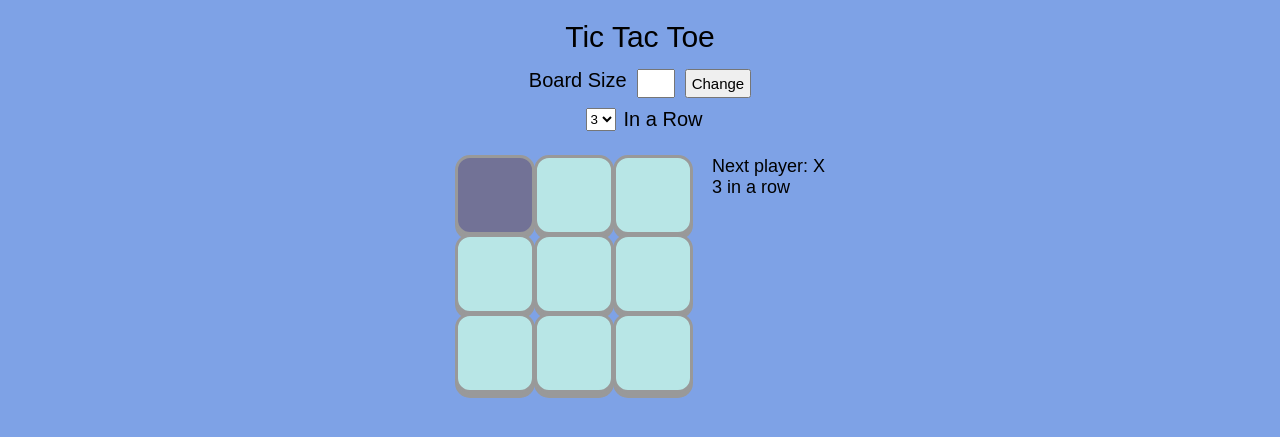
Repository: yshong211/tic-tac-toe-0708
Page: /
The author's editor kept a copy of each file at every save. The page is drawn from the files as they stood at one save, then again after the next save.
The browser window is 1280 px wide. The pictures show the whole page.
The pointer rests on the first visible `.square`.
The project was rebuilt for these pictures with package versions that can differ from the ones it lists, and the page was loaded fresh each time.

Above is the page before, as saved 2020-07-09 10:24:58.

### src/index.jsx
import React from 'react';
import ReactDOM from 'react-dom';
import './index.css';
import GetDim from './components/getDim/getDim';

// ========================================

// renders the game component to element

ReactDOM.render(<GetDim />, document.getElementById('root'));

### src/index.css
body {
  font: 18px 'Century Gothic', Futura, sans-serif; /* size, font */
  margin: 20px; /* space outside of border */
  background-color: rgb(126, 162, 230);
}

form {
  margin-bottom: 20px;
}

ol,
ul {
  padding-left: 30px; /* space b/t left border to content */
}

.board-row:after {
  clear: both;
  content: '';
  display: table;
}

.status {
  margin-bottom: 10px;
}


.square:focus {
  outline: none;
}

.kbd-navigation .square:focus {
  background: #ddd;
}

### src/components/getDim/getDim.jsx
import React from 'react';
import Game from '../game/game';
import './getDim.css';

export default class GetDim extends React.Component {
  constructor(props) {
    super(props);
    this.state = { rows: 3, winning: 3, board: [] };
    this.handleInputChange = this.handleInputChange.bind(this);
    this.handleClick = this.handleClick.bind(this);
  }

  handleInputChange(event) {
    const value = event.target.value;
    const name = event.target.name;
    this.setState({
      [name]: value,
    });
  }

  handleClick(e) {
    e.preventDefault();
    if (window.confirm('It will refresh the game! Continue?')) {
      if (this.refs.rows.value < 3 || this.refs.rows.value > 10) {
        alert('3-10 only');
      } else {
        this.setState({
          rows: this.refs.rows.value,
          board: [],
        });
      }
    }
  }

  how_many(rows) {
    let how = [];
    for (let i = 3; i <= rows; i++) {
      how.push(<option value={i}>{i}</option>);
    }
    return how;
  }

  render() {
    return (
      <div className="submission">
        <div className="game_name">Tic Tac Toe</div>
        <form>
          <label className="size">
            Board Size
            <br />
            <input ref="rows" type="number" />
            <button
              className="submit"
              onClick={(e) => {
                this.handleClick(e);
              }}
            >
              Change
            </button>
          </label>
        </form>

        <label className="win">
          <select
            className="win_select"
            name="winning"
            value={this.state.winning}
            onChange={this.handleInputChange}
          >
            {this.how_many(this.state.rows)}
          </select>
          In a Row
          <br />
        </label>

        <Game
          rows={parseInt(this.state.winning)}
          board_rows={parseInt(this.state.rows)}
          board={this.state.board}
        />
      </div>
    );
  }
}

### src/components/game/game.jsx
import React from 'react';
import Board from '../board/board';
import './game.css';

export default class Game extends React.Component {
  constructor(props) {
    super(props);
    this.state = {
      history: [], // track the last index
      stepNumber: 0, // count var
      xIsNext: true,
    };
  }

  hor(squares, row_length, count, x, o) {
    let index = 0;
    for (let i = 0; i < this.props.board_rows; i++) {
      for (let j = 0; j < this.props.board_rows; j++) {
        if (squares[index] === 'X') {
          x++;
          o = 0;
          count++;
        } else if (squares[index] === 'O') {
          o++;
          x = 0;
          count++;
        } else {
          count = 0;
        }
        index++;
        if (o >= row_length && count >= row_length) {
          return 'O';
        }
        if (x >= row_length && count >= row_length) {
          return 'X';
        }
      }
      x = 0;
      o = 0;
    }
  }

  vert(squares, row_length, count, x, o) {
    for (let i = 0; i < this.props.board_rows; i++) {
      for (
        let j = i;
        j < this.props.board_rows ** 2;
        j += this.props.board_rows
      ) {
        if (squares[j] === 'X') {
          x++;
          o = 0;
          count++;
        } else if (squares[j] === 'O') {
          o++;
          x = 0;
          count++;
        } else {
          count = 0;
        }
        if (o >= row_length && count >= row_length) {
          return 'O';
        }
        if (x >= row_length && count >= row_length) {
          return 'X';
        }
      }
      x = 0;
      o = 0;
    }
  }

  cross(squares, row_length, count, x, o) {
    //let track = 1;
    //let rows = this.props.board_rows;
    for (let i = row_length - 1; i < row_length ** 2 - 1; i += row_length - 1) {
      if (squares[i] === 'X') {
        x++;
      }
      if (squares[i] === 'O') {
        o++;
      }
      count++;
    }
    if (o === row_length) {
      return 'O';
    }
    if (x === row_length) {
      return 'X';
    }
    o = 0;
    x = 0;

    for (let j = row_length - 1; j < row_length ** 2 - 1; j += row_length - 1) {
      if (squares[j] === 'X') {
        x++;
      }
      if (squares[j] === 'O') {
        o++;
      }
      count++;
    }
    if (o === row_length) {
      return 'O';
    }
    if (x === row_length) {
      return 'X';
    }
    o = 0;
    x = 0;
  }

  calculateWinner(squares, rows) {
    const count = 0;
    const x = 0;
    const o = 0;
    if (
      this.hor(squares, rows, count, x, o) === 'O' ||
      this.hor(squares, rows, count, x, o) === 'X'
    ) {
      return this.hor(squares, rows, count, x, o);
    } else if (
      this.vert(squares, rows, count, x, o) === 'O' ||
      this.vert(squares, rows, count, x, o) === 'X'
    ) {
      return this.vert(squares, rows, count, x, o);
    } else if (
      this.cross(squares, rows, count, x, o) === 'O' ||
      this.cross(squares, rows, count, x, o) === 'X'
    ) {
      return this.cross(squares, rows, count, x, o);
    }

    return null;
  }

  handleClick(i) {
    const hist = this.state.history;
    const squares = this.props.board;
    const rows = this.props.rows;
    if (this.calculateWinner(squares, rows) || squares[i]) {
      // ends the game
      return;
    }
    squares[i] = this.state.xIsNext ? 'X' : 'O';
    hist.push(i);
    this.setState({
      board: squares,
      history: hist,
      stepNumber: this.state.history.length,
      xIsNext: !this.state.xIsNext, // changes turn
    });
  }

  jumpTo(history, board, step) {
    for (let i = history.length - 1; i >= step; i--) {
      board[history.pop()] = null;
    }
    this.setState({
      stepNumber: step,
      xIsNext: step % 2 === 0,
    });
  }

  render() {
    const board = this.props.board;
    const history = this.state.history;
    const rows = this.props.rows;
    const winner = this.calculateWinner(board, rows);
    const moves = history.map((step, move) => {
      const desc = move ? 'Go to move #' + move : 'Refresh';

      return (
        <li key={move}>
          <button onClick={() => this.jumpTo(history, board, move)}>
            {desc}
          </button>
        </li>
      );
    });

    let status;
    winner
      ? (status = 'Winner: ' + winner)
      : (status = 'Next player: ' + (this.state.xIsNext ? 'X' : 'O'));

    return (
      <div className="game">
        <div className="game-board">
          <Board
            rows={this.props.board_rows}
            squares={board}
            onClick={(i) => this.handleClick(i)}
          />
        </div>
        <div className="game-info">
          <div>{status}</div>
          <div>{rows} in a row</div>
          <ol>{moves}</ol>
        </div>
      </div>
    );
  }
}

### src/components/getDim/getDim.css
input {
  margin-left: 10px;
  width: 30px;
  height: 23px;
}
select {
  margin-left: 8px;
}
form {
  margin-bottom: 10px;
}
.game_name {
  font-size:30px;
  text-align: center;
  margin-bottom:15px;
}
.submit {
  margin-left: 10px;
  padding: 3px 5px;
  font-size: 15px;

}
.size {
  display: flex;
  font-size: 20px;
  justify-content: center;
}
.win {
  display: flex;
  font-size: 20px;
  justify-content: center;
  align-content: flex-start;
  padding: 0px;
  /*margin-top: 5px;*/
}
.win_select {
  margin-right: 8px;
}

### src/components/board/board.jsx
import React from 'react';
import Square from '../square/square';

export default class Board extends React.Component {
  renderSquare(i) {
    return (
      <Square
        value={this.props.squares[i]}
        onClick={() => this.props.onClick(i)}
      />
    );
  }
  create_rq(start, end) {
    let rows = [];
    for (let i = start; i < end; i++) {
      rows.push(this.renderSquare(i));
    }
    return rows;
  }
  create_row(start) {
    let board_r = [];
    for (let i = 0; i < start; i++) {
      let new_r = i * start;
      let new_end = parseInt(new_r) + parseInt(start);
      board_r.push(
        <div className="board-row">{this.create_rq(new_r, new_end)}</div>
      );
    }
    return board_r;
  }
  render() {
    return <div>{this.create_row(this.props.rows)}</div>;
  }
}

### src/components/game/game.css
.game {
    margin-top: 25px;
    display: flex;
    flex-direction: row;
    justify-content: center;
  }

  .game-info {
    margin-left: 20px;
  }

### src/components/square/square.jsx
import React from 'react';
import './square.css'

export default function Square(props) {
  return (
    <button className="square" onClick={props.onClick}>
      {props.value}
    </button>
  );
}

### src/components/square/square.css
.square {
  display: inline-block;
  background: rgb(184, 230, 230);
  border: 3px solid #999;
  float: left;
  font-size: 60px;
  cursor: pointer;
  font-weight: bold;
  line-height: 80px;
  height: 80px;
  margin-right: -1px;
  margin-top: -1px;
  padding: 0;
  text-align: center;
  width: 80px;
  border-radius: 15px;
  box-shadow: 0 5px #999;
}

.square:hover {
  background-color: #727296;
}
.square:active {
  background-color: #525252;
  box-shadow: 0 5px #666;
  transform: translateY(4px);
}

Loaded but not shown: public/index.html (common file); public/manifest.json (common file)

After the next save:
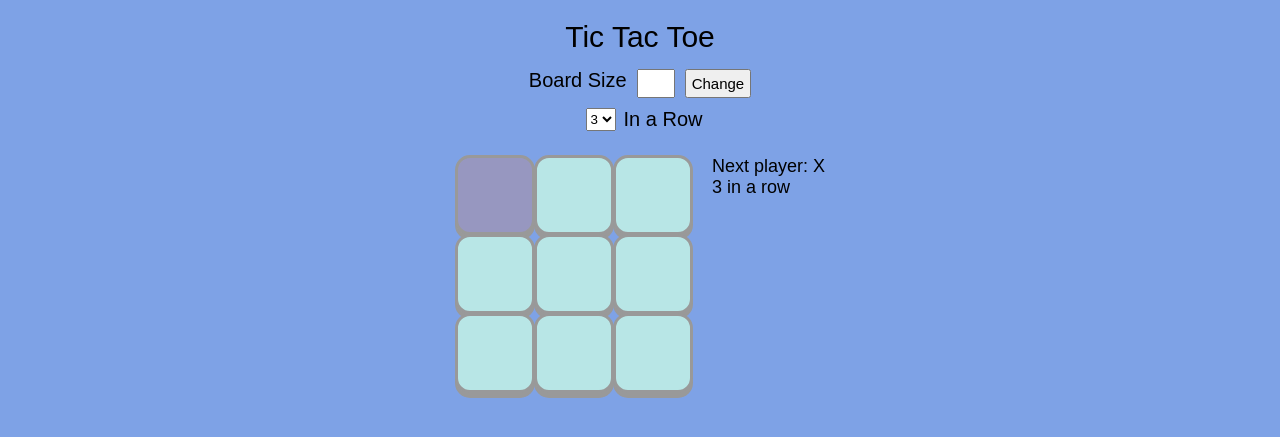
Saved 28 s later.
--- a/src/components/square/square.css
+++ b/src/components/square/square.css
@@ -18,7 +18,7 @@
 }
 
 .square:hover {
-  background-color: #727296;
+  background-color: #9797c0;
 }
 .square:active {
   background-color: #525252;
